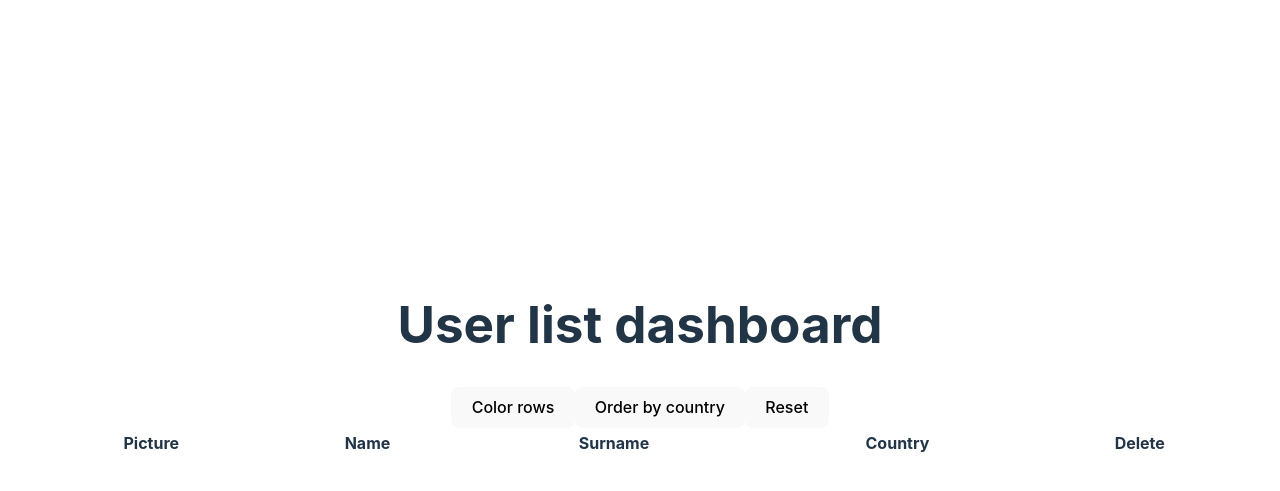
Repository: atzin-escandia/react-typescript-users-dashboard
Page: /
An editor plug-in stored every save of this project. The page is shown before and after the next save, followed by the edit.
The browser window is 1280 px wide. The pictures show the whole page.
The page's requests for data from a server got no answer. The project was rebuilt for these pictures with package versions that can differ from the ones it lists, and the page was loaded fresh each time. No one was signed in, and anything a server would have sent is missing. Also part of the build but not shown: vite.config.ts.

Above is the page before, as saved 2023-10-09 17:43:02.

After the next save:
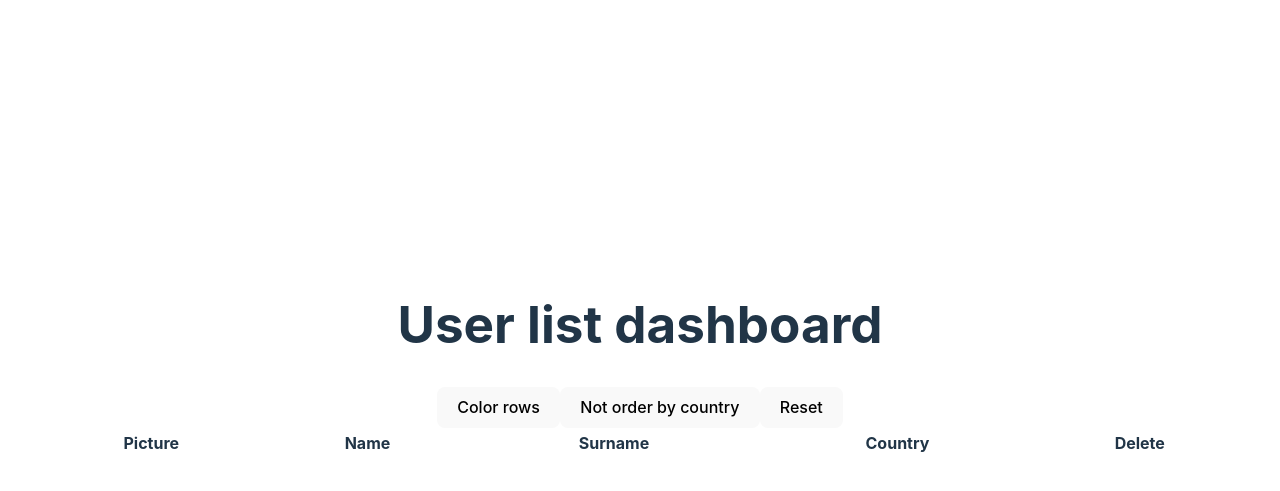
Saved 115 s later.
--- a/src/App.tsx
+++ b/src/App.tsx
@@ -30,7 +30,9 @@
       <h1>User list dashboard</h1>
       <header>
         <button onClick={() => setShowColors(!showColors)}>Color rows</button>
-        <button onClick={() => orderByCountry(false)}>Order by country</button>
+        <button onClick={() => orderByCountry(false)}>
+          {sortUsers ? "Order by country" : "Not order by country"}
+        </button>
         <button onClick={() => setReset(false)}>Reset</button>
       </header>
 

After the save that followed:
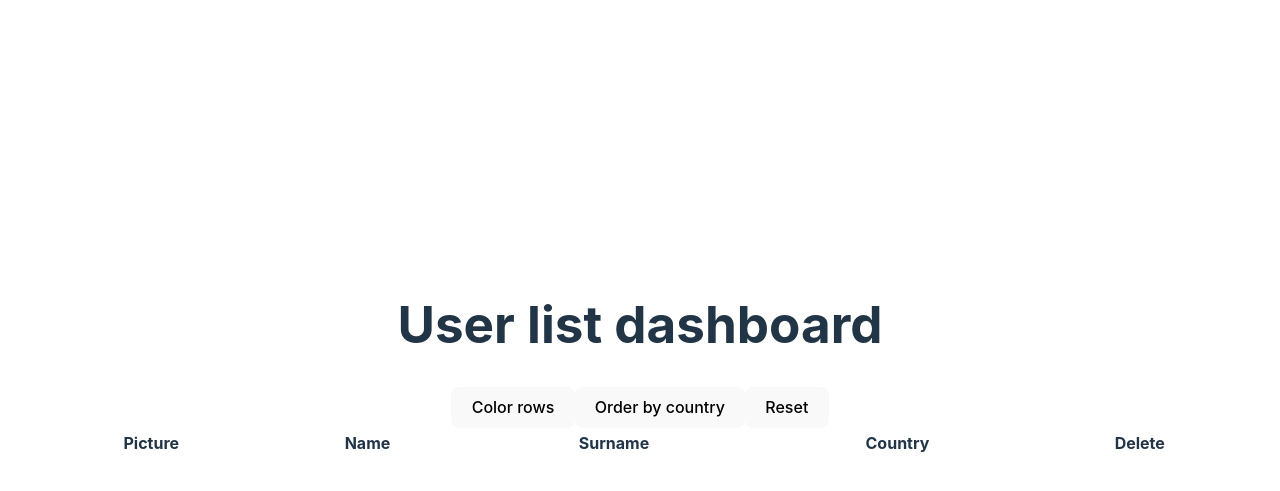
Saved 72 s later.
--- a/src/App.tsx
+++ b/src/App.tsx
@@ -31,7 +31,7 @@
       <header>
         <button onClick={() => setShowColors(!showColors)}>Color rows</button>
         <button onClick={() => orderByCountry(false)}>
-          {sortUsers ? "Order by country" : "Not order by country"}
+          {sortUsers ? "Not order by country" : "Order by country"}
         </button>
         <button onClick={() => setReset(false)}>Reset</button>
       </header>
